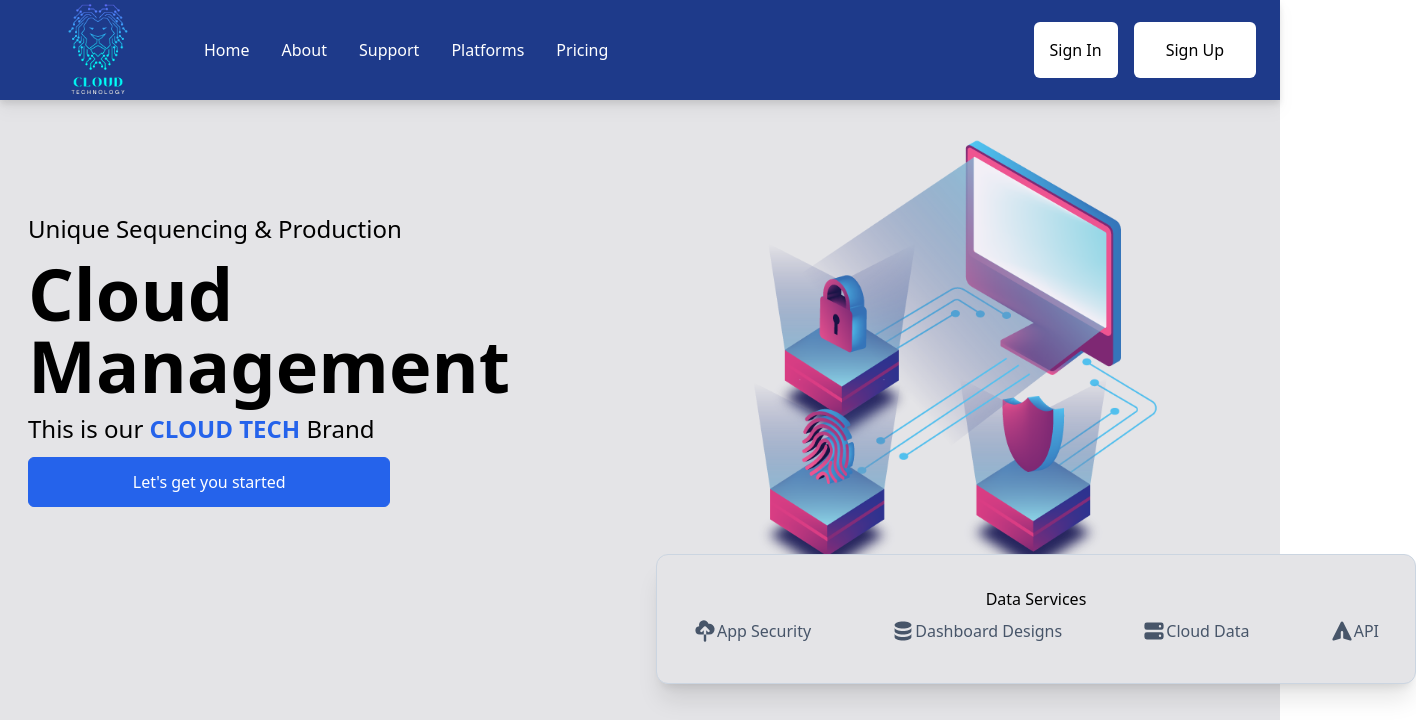
Repository: Esther-Kamau/cloud-management
Page: /
These files come from the project's save history. The page is drawn as it stood at one moment and after a run of saves; the edit follows.
The browser window is 1280 px wide. The page is 1416 px wide, so the pictures cover 1416 px, including what lies to the right of the window. The pictures show the whole page.
The project was rebuilt for these pictures with package versions that can differ from the ones it lists, and the page was loaded fresh each time. A package was used in the major version that the imports need, not the one package.json lists.

Above is the page before, as saved 2023-03-16 18:01:30.

After the next 3 saves:
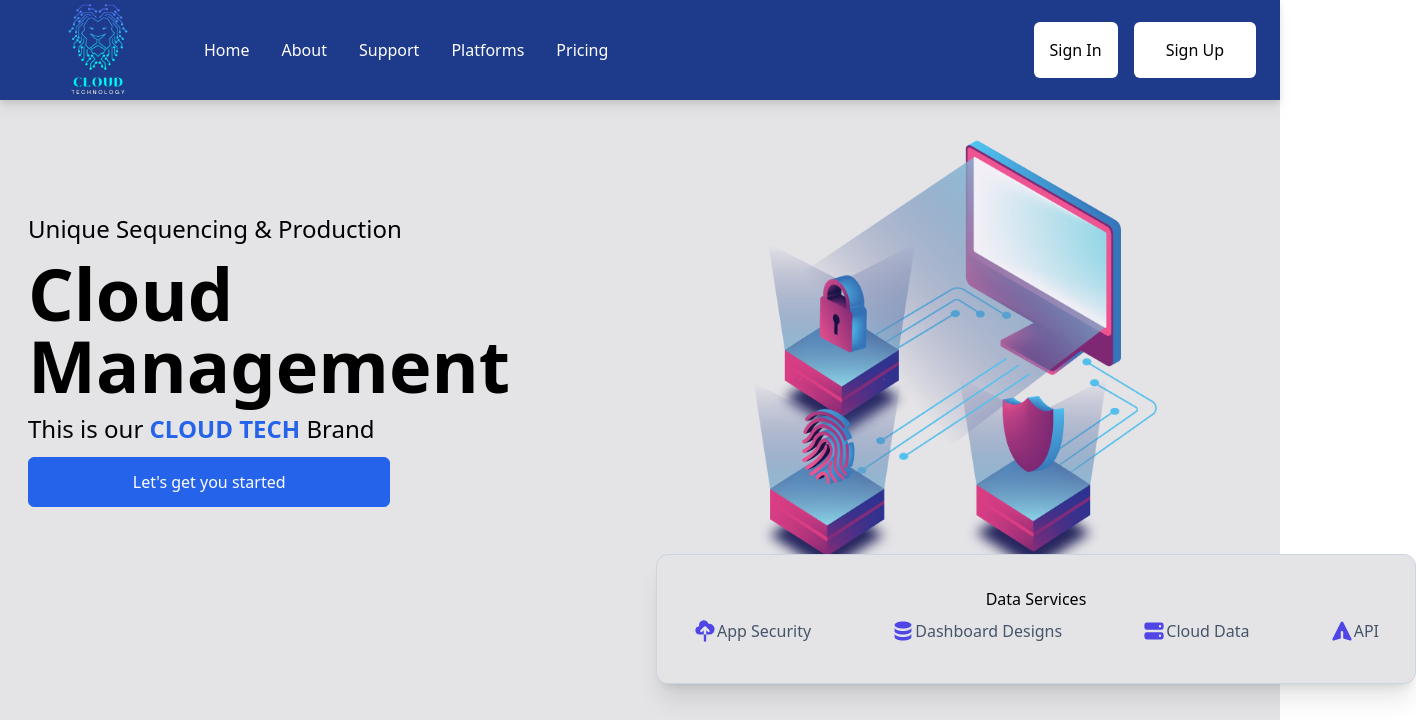
The 3 saves are shown as one change because they came seconds apart.
The last was saved 13 s later.
--- a/src/components/Hero.jsx
+++ b/src/components/Hero.jsx
@@ -34,10 +34,10 @@ const Hero = () => {
         >
           <p>Data Services</p>
           <div className="flex flex-wrap justify-between px-5">
-            <p className="flex px-4 py-2 text-slate-600"><CloudUploadIcon  className="h-6 t" /> App Security</p>
-            <p className="flex px-4 py-2 text-slate-600"><DatabaseIcon className="h-6 t" /> Dashboard Designs</p>
-            <p className="flex px-4 py-2 text-slate-600"><ServerIcon className="h-6 t"/> Cloud Data</p>
-            <p className="flex px-4 py-2 text-slate-600"><PaperAirplaneIcon className="h-6 t"/> API</p>
+            <p className="flex px-4 py-2 text-slate-600"><CloudUploadIcon  className="h-6 text-indigo-600" /> App Security</p>
+            <p className="flex px-4 py-2 text-slate-600"><DatabaseIcon className="h-6 text-indigo-600" /> Dashboard Designs</p>
+            <p className="flex px-4 py-2 text-slate-600"><ServerIcon className="h-6 text-indigo-600"/> Cloud Data</p>
+            <p className="flex px-4 py-2 text-slate-600"><PaperAirplaneIcon className="h-6 text-indigo-600"/> API</p>
           </div>
         </div>
       </div>
